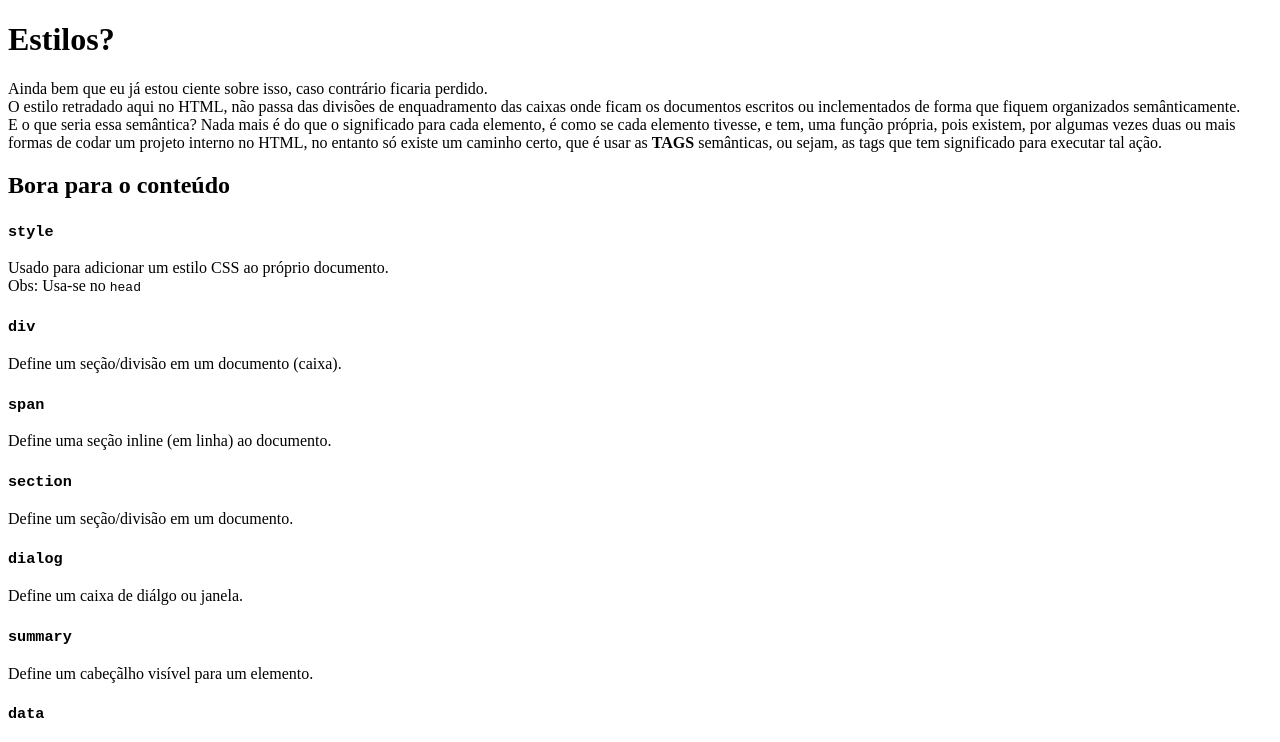
Repository: ErikMesquita/Danki-Code
Page: estilos/index.html
These files come from the project's save history. The page is drawn as it stood at one moment and after a run of saves; the edit follows.
The browser window is 1280 px wide. The pictures show the whole page.

Above is the page before, as saved 2023-10-29 18:19:07.

After the next 4 saves:
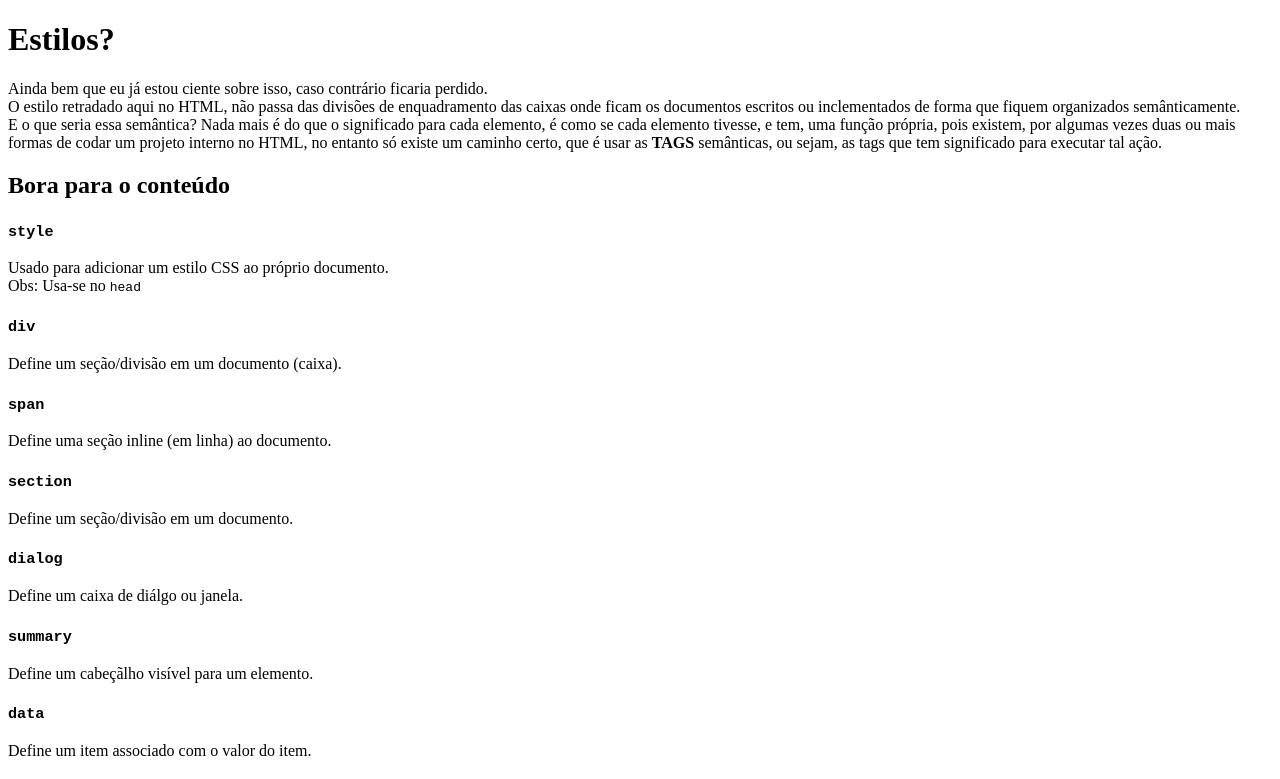
The 4 saves are shown as one change because they came seconds apart.
The last was saved 20 s later.
--- a/estilos/index.html
+++ b/estilos/index.html
@@ -50,8 +50,11 @@
 
             <h3><code>data</code></h3>
             <p>
+                Define um item associado com o valor do item.
+            </p>
 
-            </p>
+
+            <h3><code></code></h3>
 
 
 </body>
